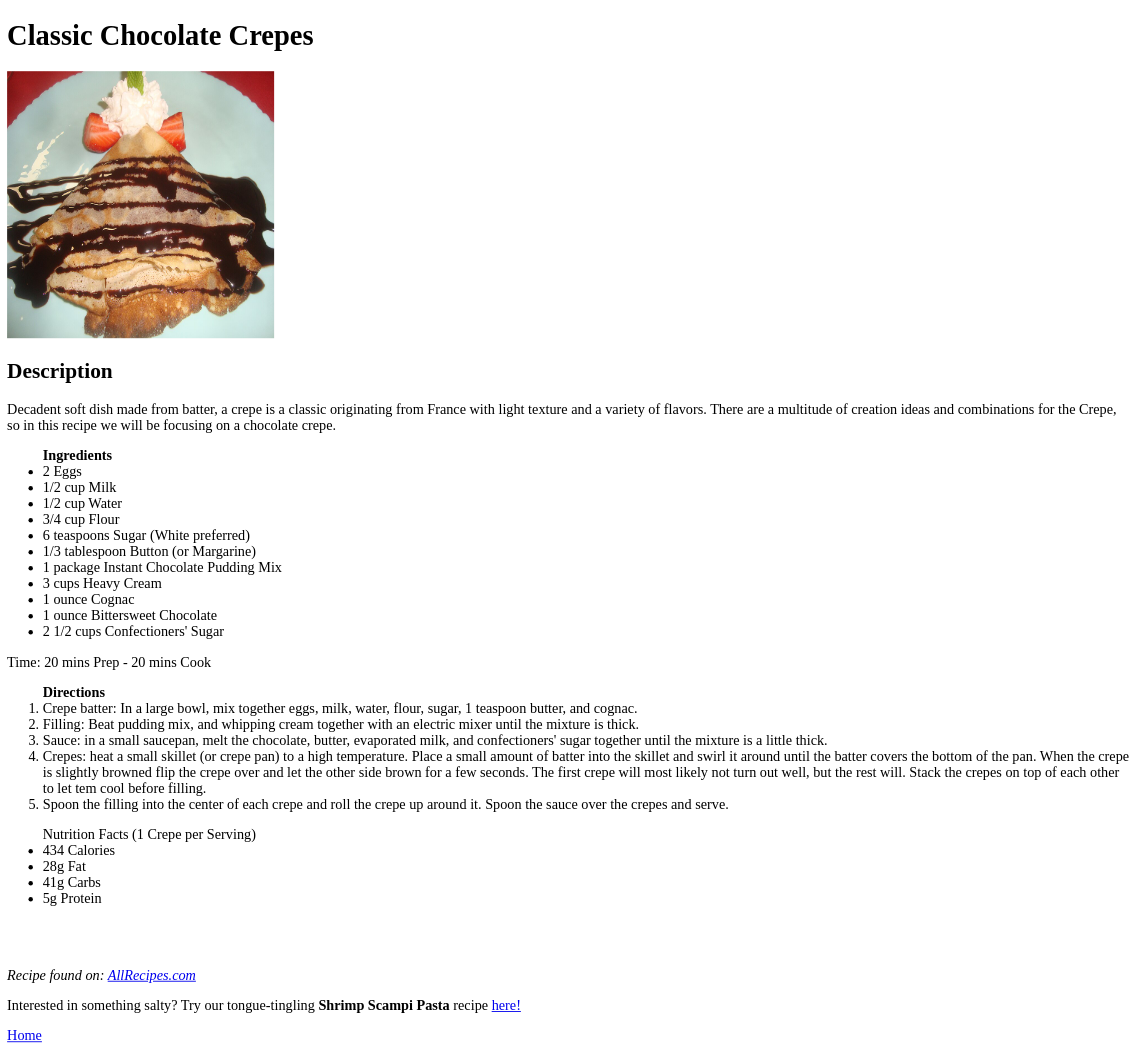
Repository: Mervens/odin-recipes
Page: recipes/crepe.html
An editor plug-in stored every save of this project. The page is shown before and after the next save, followed by the edit.
The browser window is 1280 px wide. The pictures show the whole page, at 89% of full size.

Above is the page before, as saved 2025-06-18 12:33:22.

After the next save:
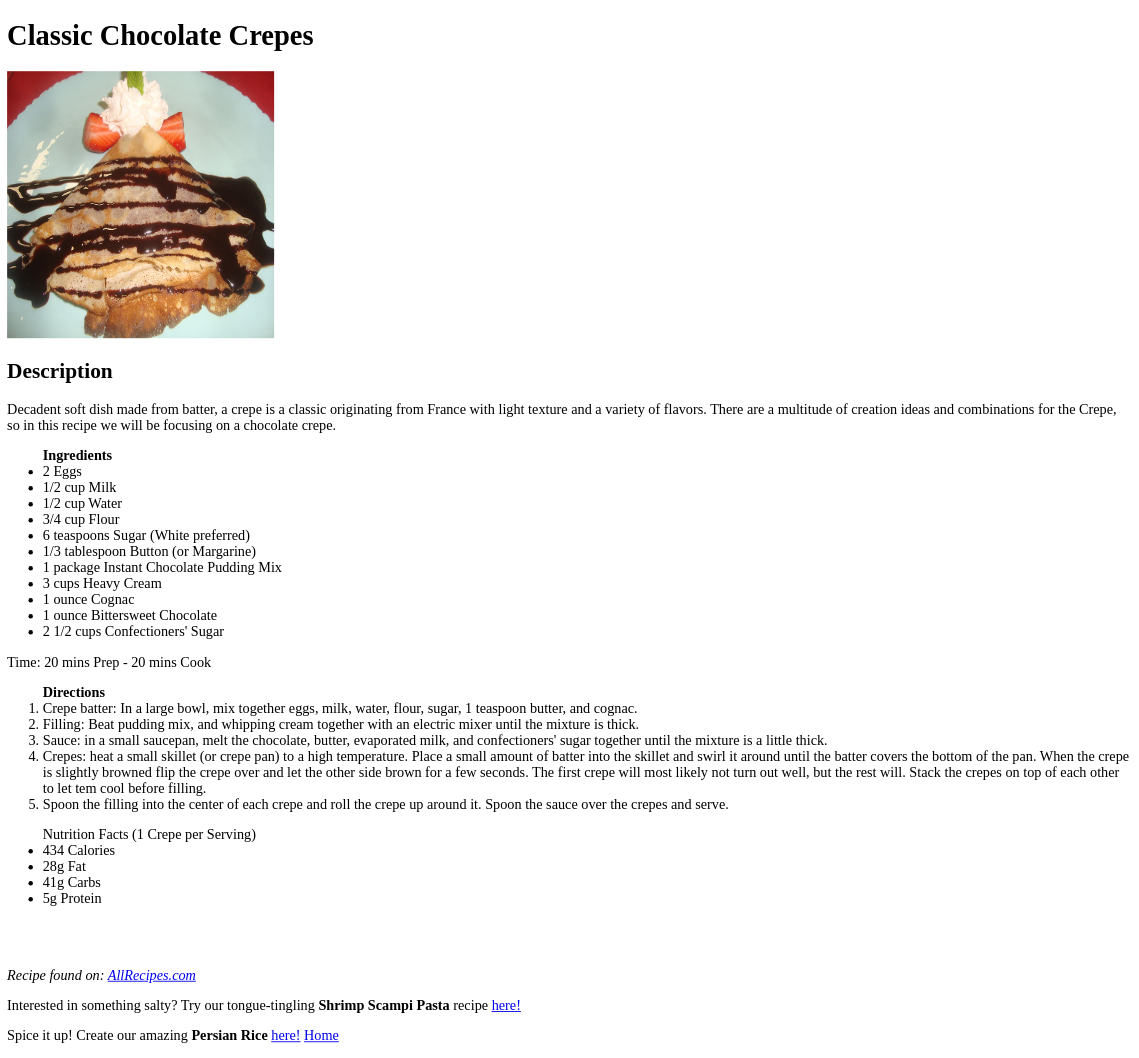
Saved 1 s later.
--- a/recipes/crepe.html
+++ b/recipes/crepe.html
@@ -71,7 +71,8 @@
     <p>Interested in something salty? Try our tongue-tingling <strong>Shrimp Scampi Pasta </strong>recipe <a
             href="../recipes/pasta.html">here!</a>
     </p>
-    <a href="../index.html">Home</a>
+    <p>Spice it up! Create our amazing <strong>Persian Rice </strong><a href="../recipes/persian-rice.html">here!</a>
+        <a href="../index.html">Home</a>
 
 </body>
 
